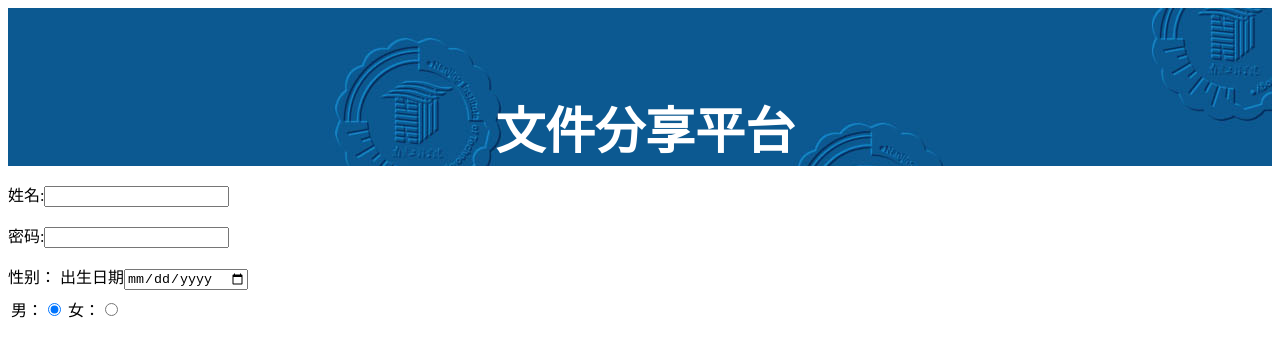
Repository: shunchensaber/Javaweb
Page: http://localhost/Web/Register.jsp
These files come from the project's save history. The page is drawn as it stood at one moment and after the next save; the edit follows.
The browser window is 1280 px wide. The pictures show the whole page.
The page is served by Tomcat 9.

Above is the page before, as saved 2019-03-26 15:25:46.

After the next save:
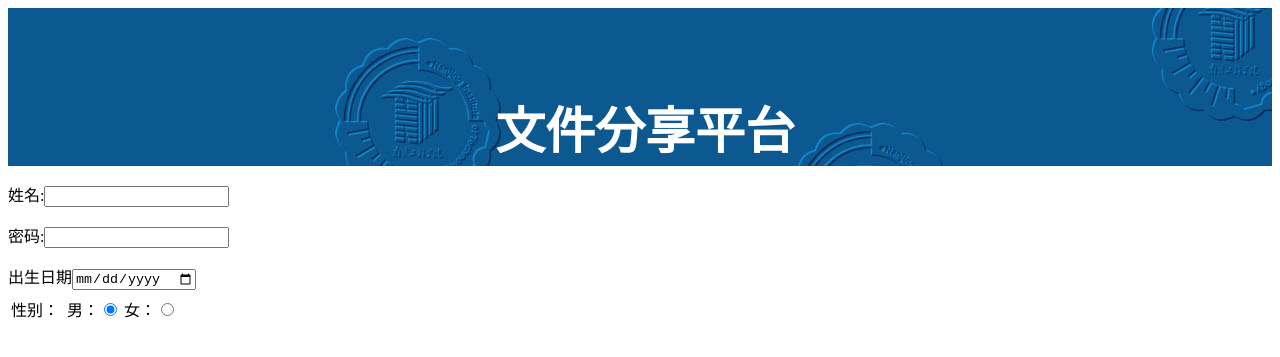
Saved 56 s later.
--- a/Web/WebContent/Register.jsp
+++ b/Web/WebContent/Register.jsp
@@ -31,7 +31,7 @@ p.a
 	<p>密码:<input type="password" name="userpass"></p>
 	</tr>
 	<tr>
-	性别：
+	<td>性别：<td>
 	<td>男：<input type="radio" name="sex" value="male" checked="checked"></td>
 	<td>女：<input type="radio" name="sex" value="female"></td>
 	</tr>
